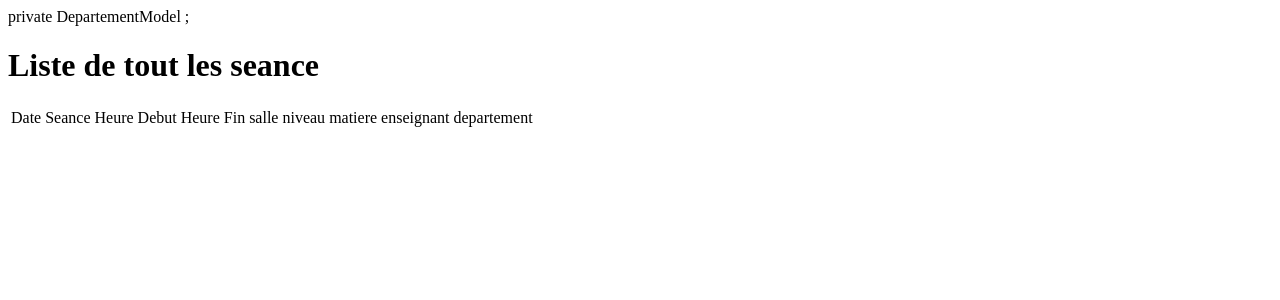
Repository: marwenElleuch/SuivitAbsences
Page: http://localhost/ProjetDetTest/seances.jsp
The author's editor kept a copy of each file at every save. The page is drawn from the files as they stood at one save, then again after the next save.
The browser window is 1280 px wide. The pictures show the whole page.
The page is served by Tomcat 9.

Above is the page before, as saved 2018-01-14 11:51:07.

After the next save:
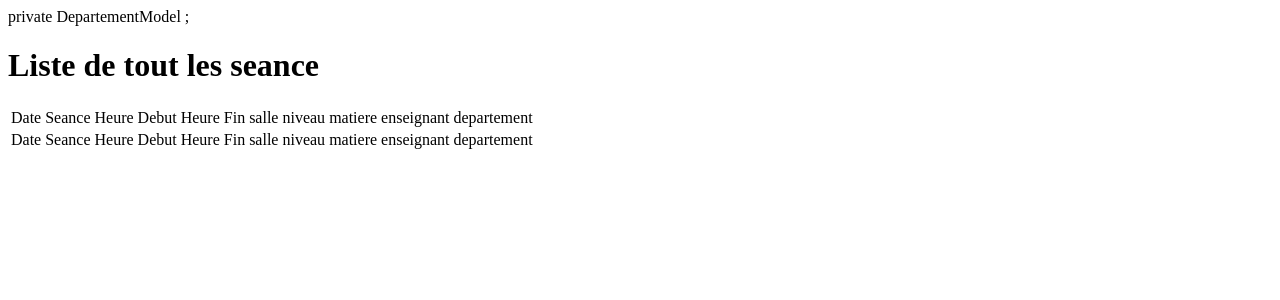
Saved 9 s later.
--- a/ProjetDetTest/WebContent/seances.jsp
+++ b/ProjetDetTest/WebContent/seances.jsp
@@ -27,8 +27,14 @@
 		</tr>
 
 		<tr>
-			<td></td>
-			<td></td>
+			<td>Date Seance</td>
+			<td>Heure Debut</td>
+			<td>Heure Fin</td>
+			<td>salle</td>
+			<td>niveau</td>
+			<td>matiere</td>
+			<td>enseignant</td>
+			<td>departement</td>
 		</tr>
 	</table>
 
